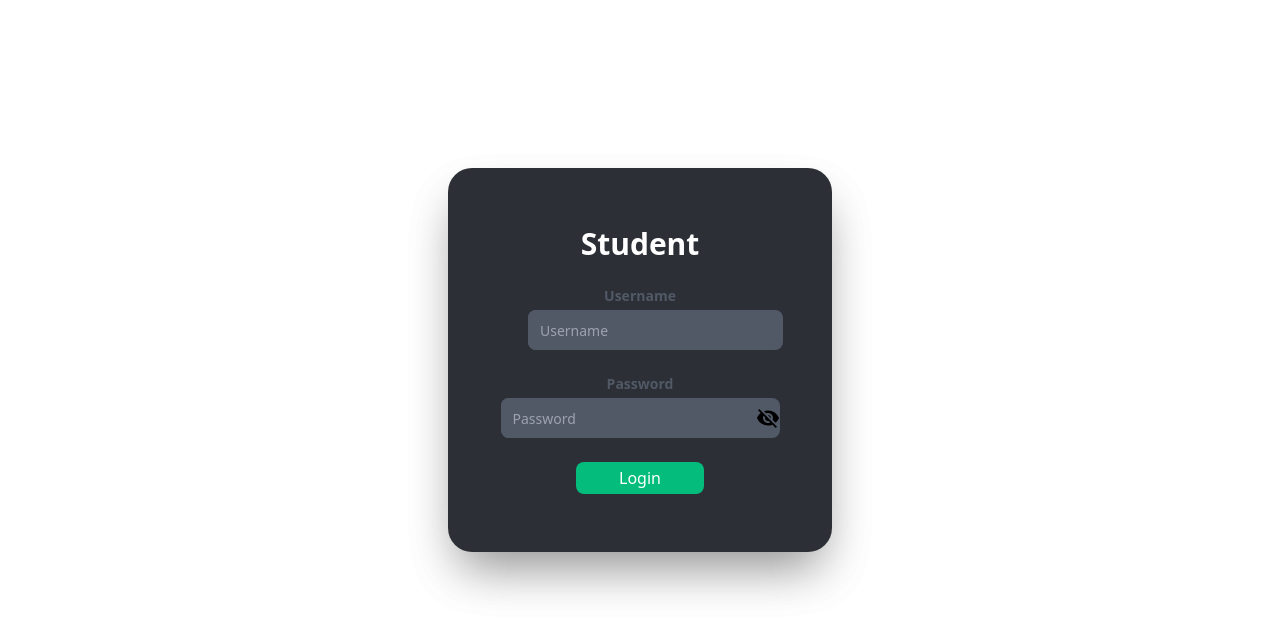
Repository: SehajBindra/SGTBIMIT-ERP-Client
Page: /StudentLogin
These files come from the project's save history. The page is drawn as it stood at one moment and after the next save; the edit follows.
The browser window is 1280 px wide. The pictures show the whole page.
The project was rebuilt for these pictures with package versions that can differ from the ones it lists, and the page was loaded fresh each time. Also part of the build but not shown: src/LOGIN/Login.js, src/LOGIN/FACULTY/FacultyLogin.js, src/STUDENT_PAGE/StuBody.js, src/STUDENT_PAGE/StuSidebar.js, src/STUDENT_PAGE/StuHeader.js, src/STUDENT_PAGE/StudentHome.js, src/FACULTY_PAGE/FacBody.js, src/FACULTY_PAGE/FacHeader.js and 2 more.

Above is the page before, as saved 2023-05-14 15:08:36.

After the next save:
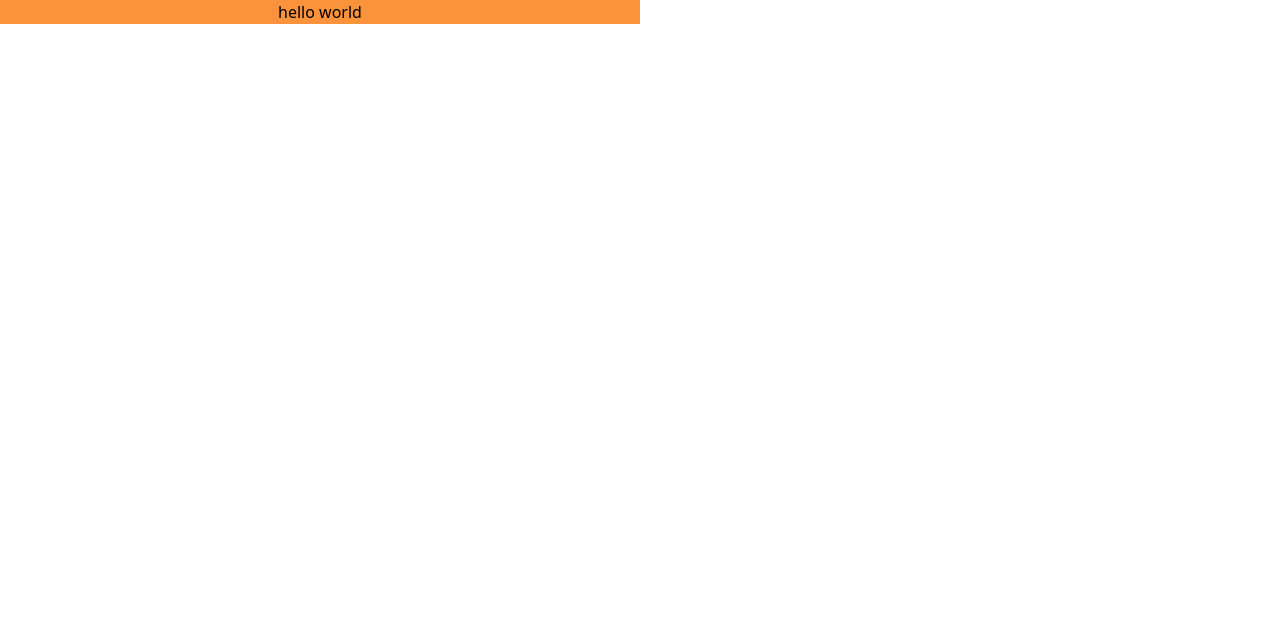
Saved 10 min 0 s later.
--- a/src/LOGIN/STUDENT/StudentLogin.js
+++ b/src/LOGIN/STUDENT/StudentLogin.js
@@ -16,71 +16,9 @@
   }, []);
 
   return (
-    <div className="bg-white h-screen w-screen flex items-center justify-center">
-      <div className="grid grid-cols-2">
-        <div
-          className={`h-96 w-96 bg-white flex items-center justify-center   ${
-            translate ? "translate-x-[12rem]" : ""
-          }  duration-1000 transition-all rounded-3xl shadow-2xl`}
-        >
-          <h1 className="text-[3rem]  font-bold text-center">
-            Student
-            <br />
-            Login
-          </h1>
-        </div>
-        <form
-          className={`${
-            loading ? "h-[27rem]" : "h-96"
-          } w-96 bg-[#2c2f35] flex flex-col items-center justify-center ${
-            translate ? "-translate-x-[12rem]" : ""
-          }  duration-1000 transition-all space-y-6 rounded-3xl shadow-2xl`}
-        >
-          <h1 className="text-white text-3xl font-semibold">Student</h1>
-          <div className="space-y-1">
-            <p className="text-[#515966] font-bold text-sm">Username</p>
-            <div className="bg-[#515966] rounded-lg w-[14rem] flex  items-center">
-              <input
-                onChange={(e) => setUsername(e.target.value)}
-                value={username}
-                type="text"
-                required
-                className="bg-[#515966] text-white px-3 outline-none py-2 rounded-lg placeholder:text-sm"
-                placeholder="Username"
-              />
-            </div>
-          </div>
-          <div className="space-y-1">
-            <p className="text-[#515966] font-bold text-sm">Password</p>
-            <div className="bg-[#515966] rounded-lg px-0 flex  items-center">
-              <input
-                onChange={(e) => setPassword(e.target.value)}
-                value={password}
-                required
-                type={showPassword ? "text" : "password"}
-                className=" bg-[#515966] text-white px-3 outline-none py-2 rounded-lg placeholder:text-sm"
-                placeholder="Password"
-              />
-              {showPassword ? (
-                <VisibilityIcon
-                  onClick={() => setShowPassword(!showPassword)}
-                  className="cursor-pointer"
-                />
-              ) : (
-                <VisibilityOffIcon
-                  onClick={() => setShowPassword(!showPassword)}
-                  className="cursor-pointer"
-                />
-              )}
-            </div>
-          </div>
-          <button
-            type="submit"
-            className="w-32 hover:scale-105 transition-all duration-150 rounded-lg flex items-center justify-center text-white text-base py-1 bg-[#04bd7d]"
-          >
-            Login
-          </button>
-        </form>
+    <div className=" grid grid-cols-4 ">
+      <div className=" bg-orange-400 col-span-2">
+        <h2>hello world</h2>
       </div>
     </div>
   );
